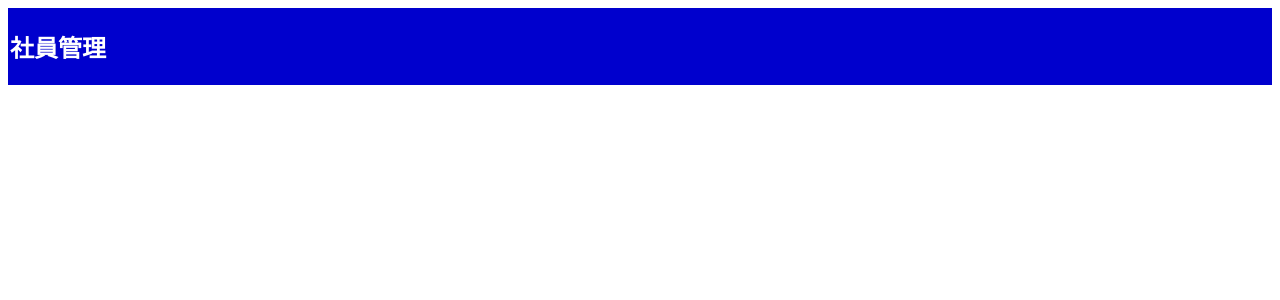
Repository: eb-communicationservice/php_study
Page: http://localhost/views/scripts/members/index.php
These files come from the project's save history. The page is drawn as it stood at one moment and after the next save; the edit follows.
The browser window is 1280 px wide. The pictures show the whole page.
The page is run by PHP 8.4 with error messages shown; the project is at /var/www/html/.

Above is the page before, as saved 2015-12-06 07:37:49.

After the next save:
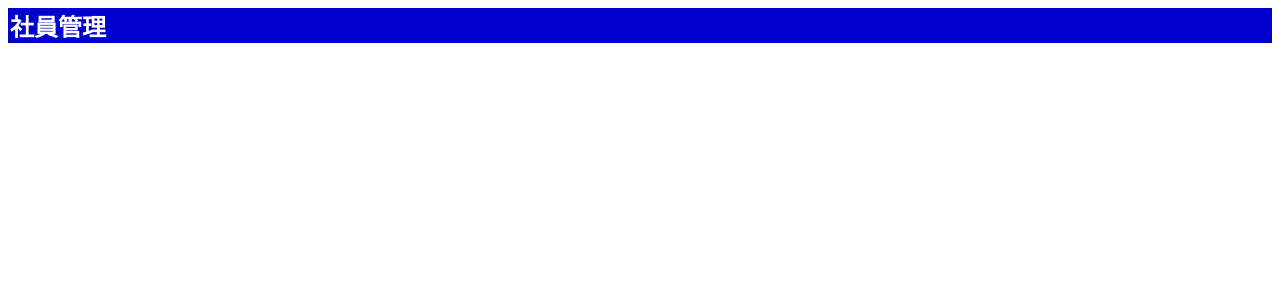
Saved 14 s later.
--- a/kadai01/css/common.css
+++ b/kadai01/css/common.css
@@ -2,5 +2,5 @@
 div#viewName{
 	background-color: #0000cd;
 	color: #ffffff;
-	padding: 1px 2px;
+	padding: 0px 2px;
 }
